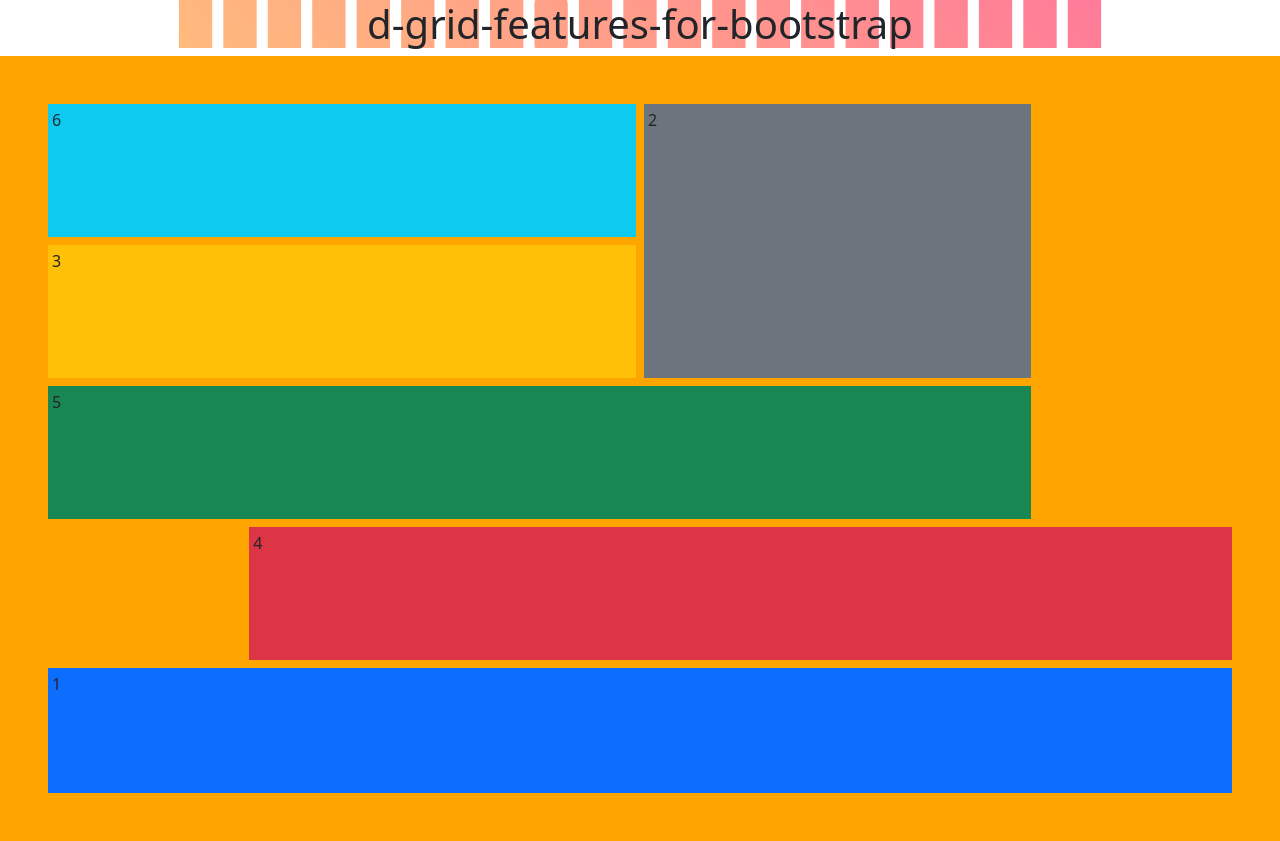
Repository: LynxPardelle/d-grid-features-for-bootstrap
Page: index.html
These files come from the project's save history. The page is drawn as it stood at one moment and after the next save; the edit follows.
The browser window is 1280 px wide. The pictures show the whole page.

Above is the page before, as saved 2021-10-20 22:30:11.

### index.html
<!DOCTYPE html>
<html lang="en">
  <head>
    <meta charset="UTF-8" />
    <meta http-equiv="X-UA-Compatible" content="IE=edge" />
    <meta name="viewport" content="width=device-width, initial-scale=1.0" />
    <meta name="author" content="Lynx Pardelle" />
    <title>d-grid-features-for-bootstrap</title>
    <link
      href="https://cdn.jsdelivr.net/npm/bootstrap@5.1.3/dist/css/bootstrap.min.css"
      rel="stylesheet"
      integrity="sha384-1BmE4kWBq78iYhFldvKuhfTAU6auU8tT94WrHftjDbrCEXSU1oBoqyl2QvZ6jIW3"
      crossorigin="anonymous"
    />
    <style>
      h1 {
        background-image: url("data:[embedded picture, 2297 characters]");
        background-size: cover;
        background-repeat: no-repeat;
        background-position: center center;
      }
    </style>
  </head>
  <body>
    <h1 class="text-center">d-grid-features-for-bootstrap</h1>

    <!-- <section class="d-grid bg-dark" data-gfbs data-gfbs-gtc="repeat(4, 1fr)" data-gfbs-gtr="repeat(2, 50px)" > -->
    <!-- <section class="d-grid bg-dark" data-gfbs data-gfbs-gta='"f f b c c a"" f f d e e a"'> -->
      <section
      class="d-grid"
      data-gfbs
      data-gfbs-custom="background-color: black; padding: 1rem;"
      data-gfbs-custom-sm="background-color: pink; padding: 2rem;"
      data-gfbs-custom-md="background-color: orange; padding: 3rem;"
      data-gfbs-gt='
      [row1-start] "a a b ." 12.5px [row1-end]
      [row2-start] "a a b ." 12.5px [row2-end]
      [row3-start] "c c b d" 12.5px [row3-end]
      [row4-start] "c c b d" 12.5px [row4-end]
      [row5-start] "e e e d" 12.5px [row5-end]
      [row6-start] "e e e d" 12.5px [row6-end]
      [row7-start] ". f f f" 12.5px [row7-end]
      [row8-start] ". f f f" 12.5px [row8-end]
      [row9-start] "g g g g" 25px [row9-end]
      / 2fr 1fr 1fr 3fr'
      data-gfbs-gt-sm='
      [row1-start] "a b b ." 25px [row1-end]
      [row2-start] "a b b ." 25px [row2-end]
      [row3-start] "c c c ." 25px [row3-end]
      [row4-start] "c c c ." 25px [row4-end]
      [row5-start] "e e d d" 25px [row5-end]
      [row6-start] "e e d d" 25px [row6-end]
      [row7-start] ". f f ." 25px [row7-end]
      [row8-start] ". f f ." 25px [row8-end]
      [row9-start] "g g g g" 50px [row9-end]
      / 1fr 2fr 2fr 1fr'
      data-gfbs-gt-md='
      [row1-start] "a a a b" 37.5px [row1-end]
      [row2-start] "a a a b" 37.5px [row2-end]
      [row3-start] "c c d d" 37.5px [row3-end]
      [row4-start] "c c d d" 37.5px [row4-end]
      [row5-start] "e e d d" 37.5px [row5-end]
      [row6-start] "e e d d" 37.5px [row6-end]
      [row7-start] "f f f f" 37.5px [row7-end]
      [row8-start] "g g g g" 37.5px [row8-end]
      [row9-start] "g g g g" 75px [row9-end]
      / 1fr 2fr 2fr 1fr'
      data-gfbs-gt-lg='
      [row1-start] "a a b ." 50px [row1-end]
      [row2-start] "a a b ." 50px [row2-end]
      [row3-start] "c c b d" 50px [row3-end]
      [row4-start] "c c b d" 50px [row4-end]
      [row5-start] "e e e d" 50px [row5-end]
      [row6-start] "e e e d" 50px [row6-end]
      [row7-start] ". f f f" 50px [row7-end]
      [row8-start] ". f f f" 50px [row8-end]
      [row9-start] "g g g g" 100px [row9-end]
      / 1fr 2fr 2fr 1fr'
      data-gfbs-gt-xl='
      [row1-start] "a a b ." 62.5px [row1-end]
      [row2-start] "a a b ." 62.5px [row2-end]
      [row3-start] "c c b d" 62.5px [row3-end]
      [row4-start] "c c b d" 62.5px [row4-end]
      [row5-start] "e e e d" 62.5px [row5-end]
      [row6-start] "e e e d" 62.5px [row6-end]
      [row7-start] ". f f f" 62.5px [row7-end]
      [row8-start] ". f f f" 62.5px [row8-end]
      [row9-start] "g g g g" 125px [row9-end]
      / 1fr 2fr 2fr 1fr'
      data-gfbs-gt-xxl='
      [row1-start] "a a b ." 87.5px [row1-end]
      [row2-start] "a a b ." 87.5px [row2-end]
      [row3-start] "c c b d" 87.5px [row3-end]
      [row4-start] "c c b d" 87.5px [row4-end]
      [row5-start] "e e e d" 87.5px [row5-end]
      [row6-start] "e e e d" 87.5px [row6-end]
      [row7-start] ". f f f" 87.5px [row7-end]
      [row8-start] ". f f f" 87.5px [row8-end]
      [row9-start] "g g g g" 150px [row9-end]
      / 1fr 2fr 2fr 1fr'
      data-gfbs-gap="0.5rem"
    >
      <!-- data-gfbs-cg="1rem"
      data-gfbs-rg="1rem" -->
      <div
        data-gfbs
        data-gfbs-iga="a"
        data-gfbs-iga-sm="g"
        class="bg-primary p-1"
      >
        1
      </div>

      <div data-gfbs data-gfbs-iga="b" class="bg-secondary p-1">2</div>
      <div data-gfbs data-gfbs-iga="c" class="bg-warning p-1">3</div>
      <div
        data-gfbs
        data-gfbs-iga="d"
        data-gfbs-iga-lg="f"
        class="bg-danger p-1"
      >
        4
      </div>
      <div data-gfbs data-gfbs-iga="e" class="bg-success p-1">5</div>
      <div data-gfbs data-gfbs-iga="f" data-gfbs-iga-md="a" class="bg-info p-1">
        6
      </div>
    </section>

    <script
      src="https://cdn.jsdelivr.net/npm/bootstrap@5.1.3/dist/js/bootstrap.bundle.min.js"
      integrity="sha384-ka7Sk0Gln4gmtz2MlQnikT1wXgYsOg+OMhuP+IlRH9sENBO0LRn5q+8nbTov4+1p"
      crossorigin="anonymous"
    ></script>
    <script src="./d-grid.js"></script>
  </body>
</html>

### d-grid.js
"use strict";

function gridCreate(){
  let wWidth = window.innerWidth;
  let gridElements = document.querySelectorAll("[data-gfbs]");

  function checkIfHasBP(gridElement, atr) {
    let hasIt = false;
    for (let attribute of gridElement.attributes) {
      let at = attribute.localName;
      if (at.includes(atr)) {
        switch (true) {
          case at.includes("-sm") && wWidth >= 576 && wWidth < 768:
            hasIt = true;
            break;
          case at.includes("-md") && wWidth >= 768 && wWidth < 992:
            hasIt = true;
            break;
          case at.includes("-lg") && wWidth >= 992 && wWidth < 1200:
            hasIt = true;
            break;
          case at.includes("-xl") && wWidth >= 1200 && wWidth < 1400:
            hasIt = true;
            break;
          case at.includes("-xxl") && wWidth >= 1400:
            hasIt = true;
            break;
        }
      }
    }

    return hasIt;
  }

  for (let gridElement of gridElements) {
    for (let attribute of gridElement.attributes) {
      let at = attribute.localName;
      let attValue = attribute.value;

      if (
        at.includes("gfbs-") &&
        ((!at.includes("-sm") &&
          !at.includes("-md") &&
          !at.includes("-lg") &&
          !at.includes("-xl") &&
          !at.includes("-xxl") &&
          !checkIfHasBP(gridElement, at)) ||
          (at.includes("-sm") &&
            wWidth >= 576 &&
            (!at.includes("-md") || (at.includes("-md") && wWidth < 768)) &&
            (!at.includes("-lg") || (at.includes("-lg") && wWidth < 992)) &&
            (!at.includes("-xl") || (at.includes("-xl") && wWidth < 1200)) &&
            (!at.includes("-xll") || (at.includes("-xxl") && wWidth < 1400))) ||
          (at.includes("-md") &&
            wWidth >= 768 &&
            (!at.includes("-lg") || (at.includes("-lg") && wWidth < 992)) &&
            (!at.includes("-xl") || (at.includes("-xl") && wWidth < 1200)) &&
            (!at.includes("-xll") || (at.includes("-xxl") && wWidth < 1400))) ||
          (at.includes("-lg") &&
            wWidth >= 992 &&
            (!at.includes("-xl") || (at.includes("-xl") && wWidth < 1200)) &&
            (!at.includes("-xll") || (at.includes("-xxl") && wWidth < 1400))) ||
          (at.includes("-xl") &&
            wWidth >= 1200 &&
            (!at.includes("-xll") || (at.includes("-xxl") && wWidth < 1400))) ||
          (at.includes("-xxl") && wWidth >= 1400))
      ) {
        switch (true) {
          /* Container */
          case at.includes("custom"):
            gridElement.style.cssText += attValue;
            break;
          case at.includes("gtc"):
            gridElement.style.gridTemplateColumns = attValue;
            break;
          case at.includes("gtr"):
            gridElement.style.gridTemplateRows = attValue;
            break;
          case at.includes("gta"):
            gridElement.style.gridTemplateAreas = attValue;
            break;
          case at.includes("gt"):
            gridElement.style.gridTemplate = attValue;
            break;
          case at.includes("cg"):
            gridElement.style.columnGap = attValue;
            break;
          case at.includes("rg"):
            gridElement.style.rowGap = attValue;
            break;
          case at.includes("gap"):
            gridElement.style.gap = attValue;
            break;
          case at.includes("ji"):
            gridElement.style.justifyItems = attValue;
            break;
          case at.includes("ai"):
            gridElement.style.alignItems = attValue;
            break;
          case at.includes("pi"):
            gridElement.style.placeItems = attValue;
            break;
          case at.includes("jc"):
            gridElement.style.justifyContent = attValue;
            break;
          case at.includes("ac"):
            gridElement.style.alignContent = attValue;
            break;
          case at.includes("pc"):
            gridElement.style.placeContent = attValue;
            break;
          case at.includes("gac"):
            gridElement.style.gridAutoColumns = attValue;
            break;
          case at.includes("gar"):
            gridElement.style.gridAutoRows = attValue;
            break;
          case at.includes("gaf"):
            gridElement.style.gridAutoFlow = attValue;
            break;
          case at.includes("grid"):
            gridElement.style.grid = attValue;
            break;

          /* Item */
          case at.includes("gcs"):
            gridElement.style.gridColumnStart = attValue;
            break;
          case at.includes("gce"):
            gridElement.style.gridColumnEnd = attValue;
            break;
          case at.includes("gc"):
            gridElement.style.gridColumn = attValue;
            break;
          case at.includes("grs"):
            gridElement.style.gridRowStart = attValue;
            break;
          case at.includes("gre"):
            gridElement.style.gridRowEnd = attValue;
            break;
          case at.includes("gr"):
            gridElement.style.gridRow = attValue;
            break;
          case at.includes("iga"):
            gridElement.style.gridArea = attValue;
            break;
          case at.includes("js"):
            gridElement.style.justifySelf = attValue;
            break;
          case at.includes("as"):
            gridElement.style.alignSelf = attValue;
            break;
          case at.includes("ps"):
            gridElement.style.placeSelf = attValue;
            break;
        }
      }
    }
  }
}

window.onload = gridCreate();
window.addEventListener("resize", gridCreate);

After the next save:
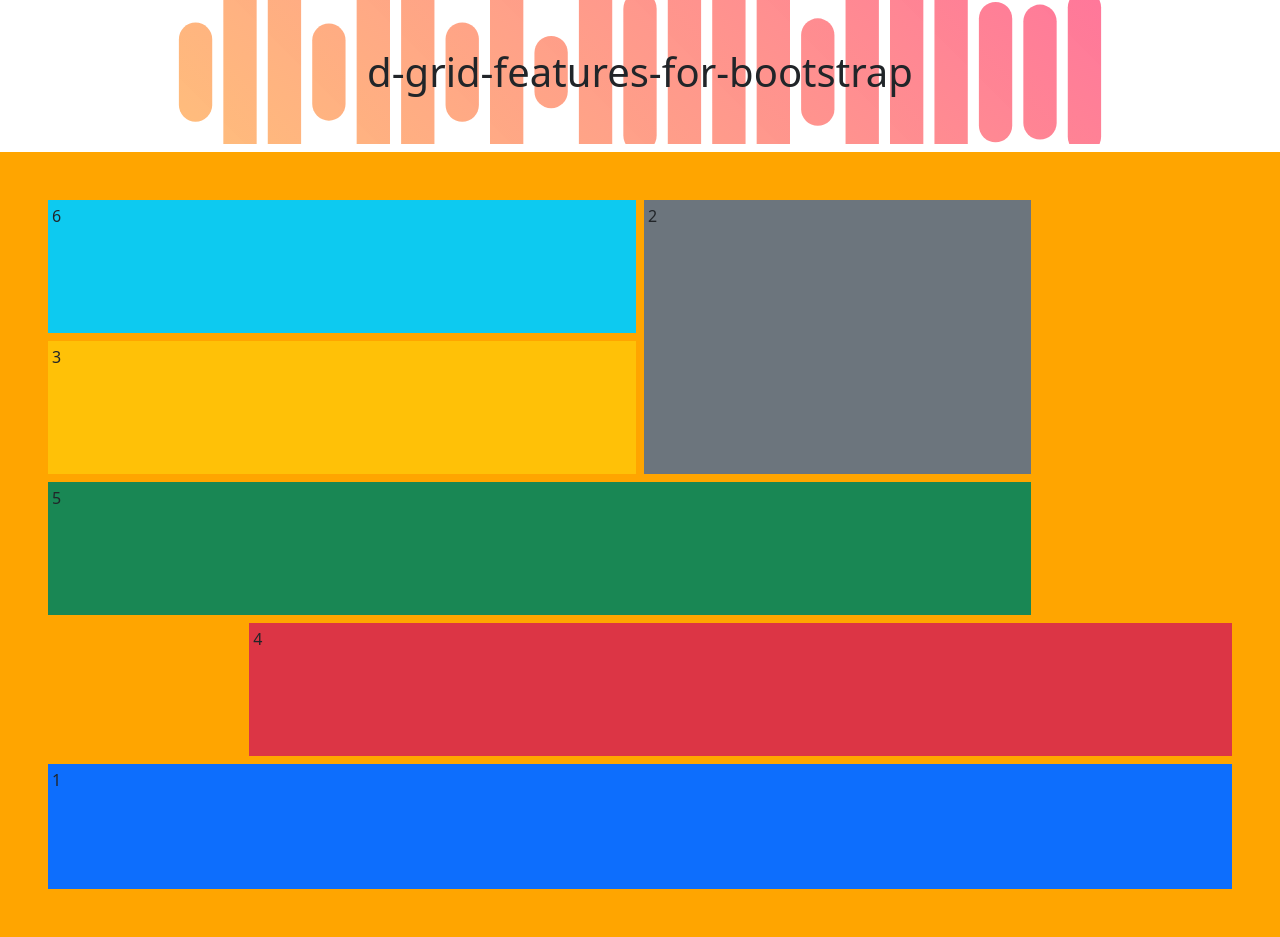
Saved 8 s later.
--- a/index.html
+++ b/index.html
@@ -22,7 +22,7 @@
     </style>
   </head>
   <body>
-    <h1 class="text-center">d-grid-features-for-bootstrap</h1>
+    <h1 class="text-center p-5">d-grid-features-for-bootstrap</h1>
 
     <!-- <section class="d-grid bg-dark" data-gfbs data-gfbs-gtc="repeat(4, 1fr)" data-gfbs-gtr="repeat(2, 50px)" > -->
     <!-- <section class="d-grid bg-dark" data-gfbs data-gfbs-gta='"f f b c c a"" f f d e e a"'> -->
